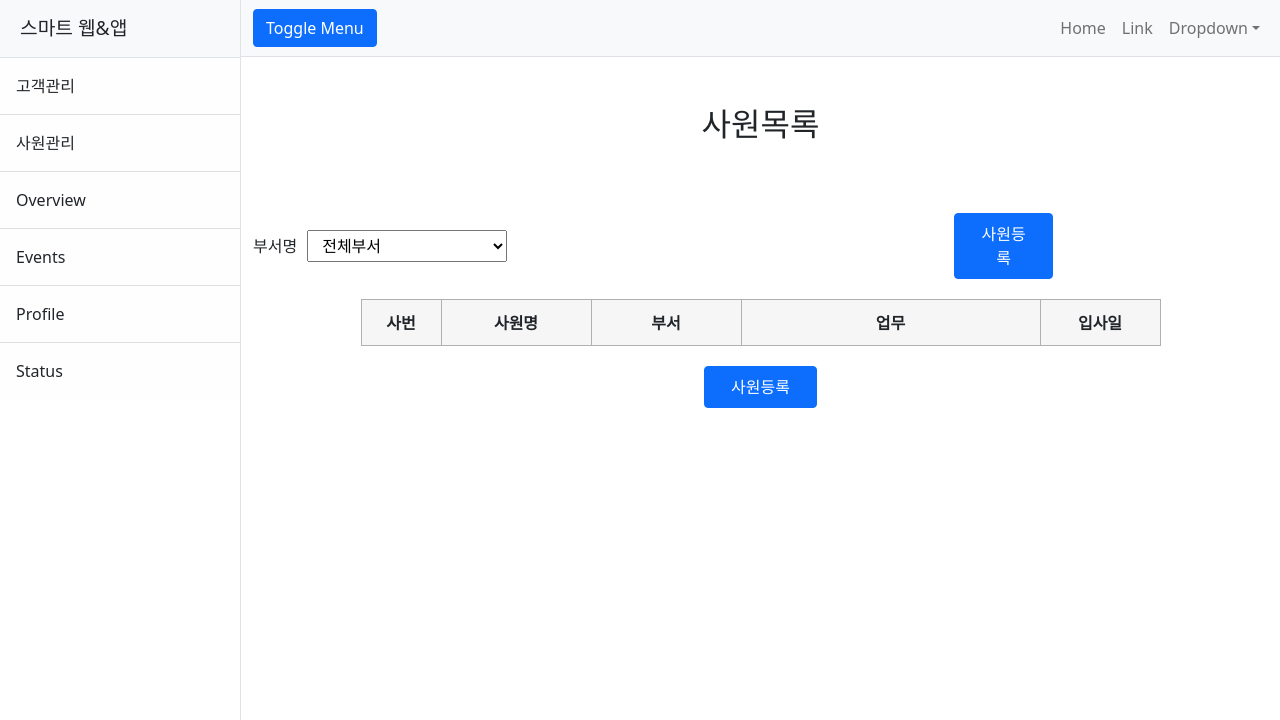
Repository: iwonhee/Study_Servlet
Page: http://localhost/web/employee/list.jsp
The author's editor kept a copy of each file at every save. The page is drawn from the files as they stood at one save, then again after the next save.
The browser window is 1280 px wide. The pictures show the whole page.
The page is served by Tomcat 9. The template is opened directly, without the code that normally fills it, so the values that code supplies are empty.

Above is the page before, as saved 2022-11-28 07:56:37.

After the next save:
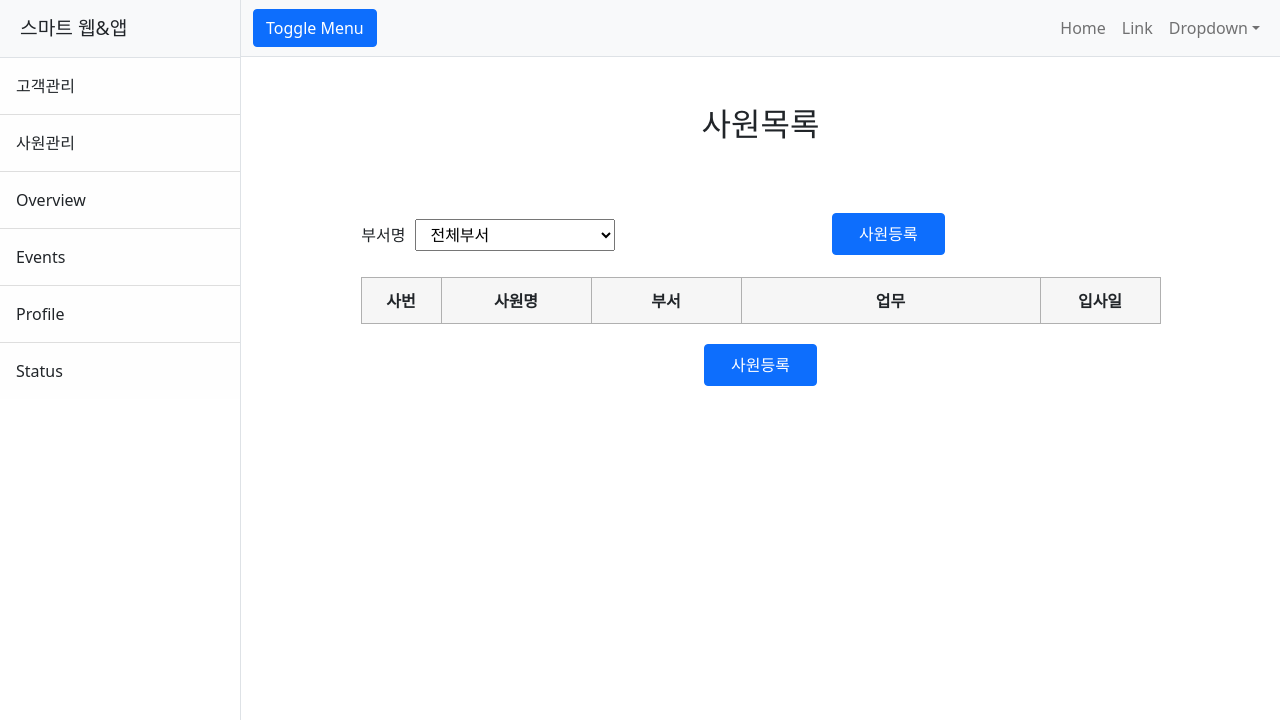
Saved 34 s later.
--- a/web/src/main/webapp/employee/list.jsp
+++ b/web/src/main/webapp/employee/list.jsp
@@ -22,7 +22,7 @@
 
     	<form method='post' action='list.hr'>
     	<div class='list-flex w-px800' >
-	    	<div id='list-top' class='w-px800'>
+	    	<div id='list-top'>
 	    		<ul>
 	    			<li>부서명</li>
 	    			<li>
